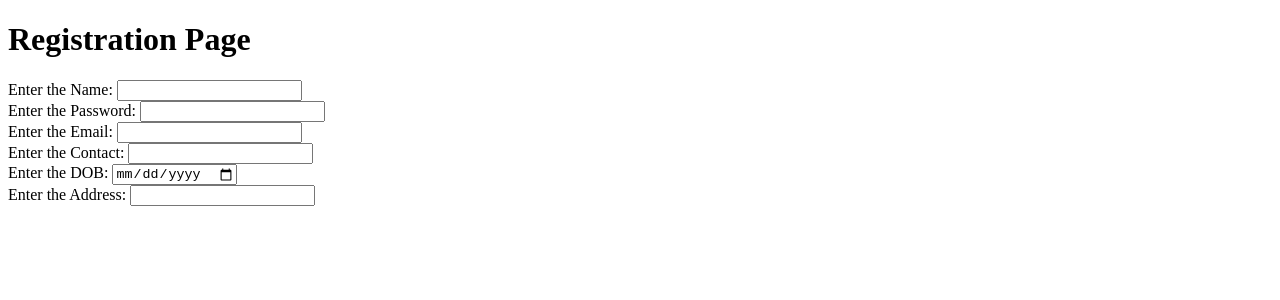
Repository: Pradeep4802/utopiatech
Page: eclipse-workspace/OwnServlet/src/main/webapp/Home.html
An editor plug-in stored every save of this project. The page is shown before and after the next save, followed by the edit.
The browser window is 1280 px wide. The pictures show the whole page.

Above is the page before, as saved 2023-10-09 08:56:52.

### eclipse-workspace/OwnServlet/src/main/webapp/Home.html
<!DOCTYPE html>
<html>
<head>
<meta charset="UTF-8">
<title>Form</title>
</head>
<body>
	<div>
		<h1>Registration Page</h1>
		<form action="" method="get">

			<label for="user_name">Enter the Name: <input type="text"
				name="user_name" /></label><br>
			<label for="user_pass">Enter the Password: <input type="password"
				name="user_pass" /></label><br>
			<label for="user_email">Enter the Email: <input type="email"
				name="user_email" /></label><br>
			<label for="user_contact">Enter the Contact: <input type="number"
				name="user_contact" /></label><br>
			<label for="user_dob">Enter the DOB: <input type="date"
				name="user_dob" /></label><br>
			<label for="user_address">Enter the Address: <input type="text"
				name="user_address" /></label>

		</form>
	</div>
</body>
</html>

After the next save:
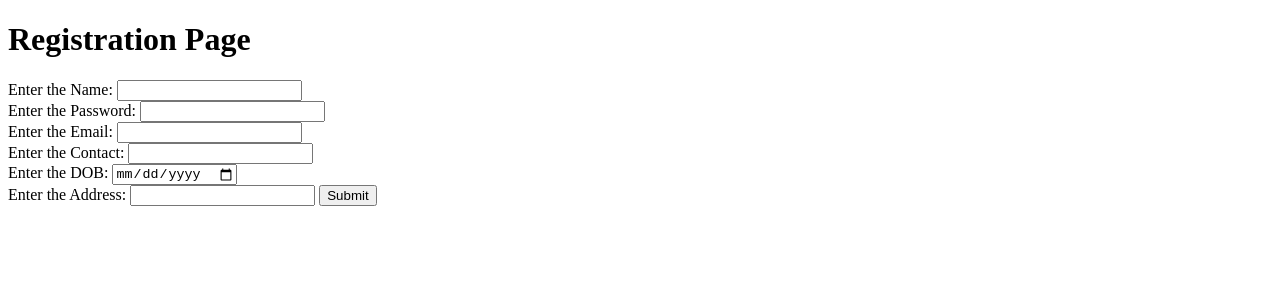
Saved 31 s later.
--- a/eclipse-workspace/OwnServlet/src/main/webapp/Home.html
+++ b/eclipse-workspace/OwnServlet/src/main/webapp/Home.html
@@ -22,6 +22,8 @@
 			<label for="user_address">Enter the Address: <input type="text"
 				name="user_address" /></label>
 
+			<input type="submit" value="Submit" />
+
 		</form>
 	</div>
 </body>
